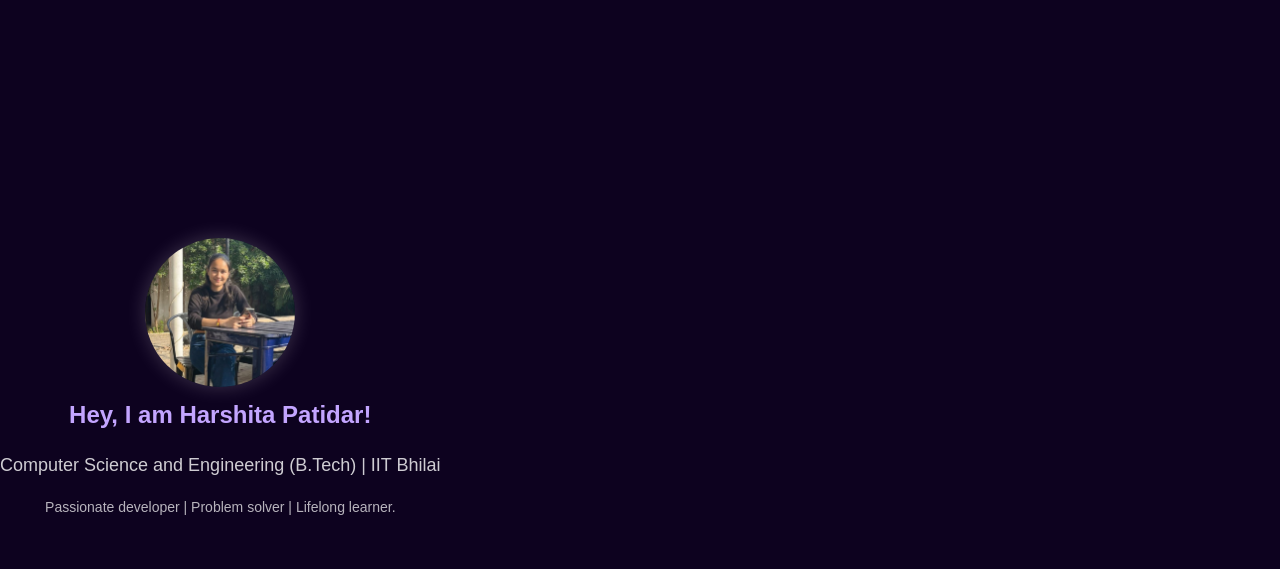
Repository: harshitap1305/Portfolio
Page: /
The author's editor kept a copy of each file at every save. The page is drawn from the files as they stood at one save, then again after a run of saves.
The browser window is 1280 px wide. The pictures show the whole page.
The project was rebuilt for these pictures with package versions that can differ from the ones it lists, and the page was loaded fresh each time. Also part of the build but not shown: vite.config.js.

Above is the page before, as saved 2025-03-27 17:11:06.

### index.html
<!doctype html>
<html lang="en">
  <head>
    <meta charset="UTF-8" />

    <meta name="viewport" content="width=device-width, initial-scale=1.0" />
    <title>Harshita's Portfolio</title>
  </head>
  <body>
    <div id="root"></div>
    <script type="module" src="/src/main.jsx"></script>
  </body>
</html>

### src/App.jsx
import Home from './Home.jsx'

function App() {


  return (
    <>
      <Home/>
    </>
  )
}

export default App

### src/Home.jsx
import React from 'react';
import harshita from './assets/harshita.png';
import './App.css';

const Home = () => {
  return (
    <>
      <img src={harshita} alt="Harshita Patidar" className="harshita" />
      <h2 className="name">Hey, I am Harshita Patidar!</h2>
      <p className="tagline">Computer Science and Engineering (B.Tech) | IIT Bhilai</p>
      <p className="subtext">
       Passionate developer | Problem solver | Lifelong learner.
      </p>
    </>
  );
};

export default Home;

### src/App.css
/* Background */
body {
  background-color: #0d021f;
  color: white;
  font-family: 'Poppins', sans-serif;
  text-align: center;
}

/* Image Styling */
.harshita {
  width: 150px;
  border-radius: 50%;
  display: block;
  margin: 50px auto 10px;
  box-shadow: 0px 0px 20px rgba(255, 255, 255, 0.2);
}

/* Name Styling */
.name {
  font-size: 24px;
  font-weight: bold;
  margin-top: 10px;
  color: #c3a5ff; /* Light purple */
}

/* Tagline Styling */
.tagline {
  font-size: 18px;
  margin-top: 5px;
  opacity: 0.8;
}


/* Subtext */
.subtext {
  font-size: 14px;
  margin-top: 5px;
  opacity: 0.7;
}

Loaded but not shown: src/main.jsx (common file); src/index.css (common file)

After the next 2 saves:
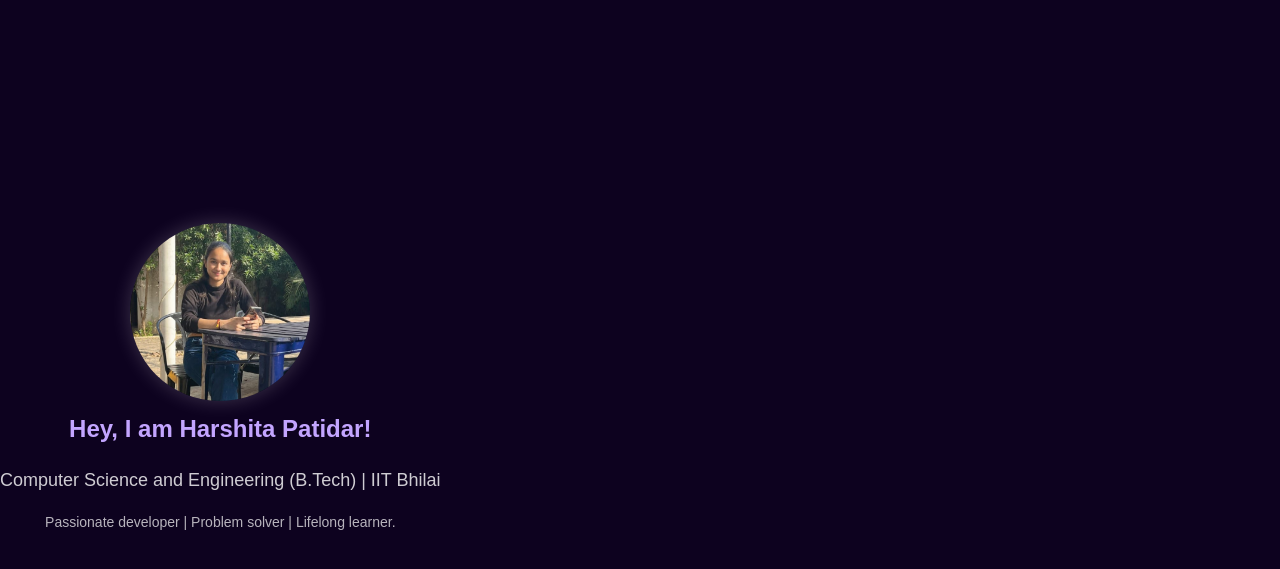
The 2 saves are shown as one change because they came seconds apart.
The last was saved 15 s later.
--- a/src/App.css
+++ b/src/App.css
@@ -8,7 +8,7 @@ body {
 
 /* Image Styling */
 .harshita {
-  width: 150px;
+  width: 180px;
   border-radius: 50%;
   display: block;
   margin: 50px auto 10px;
